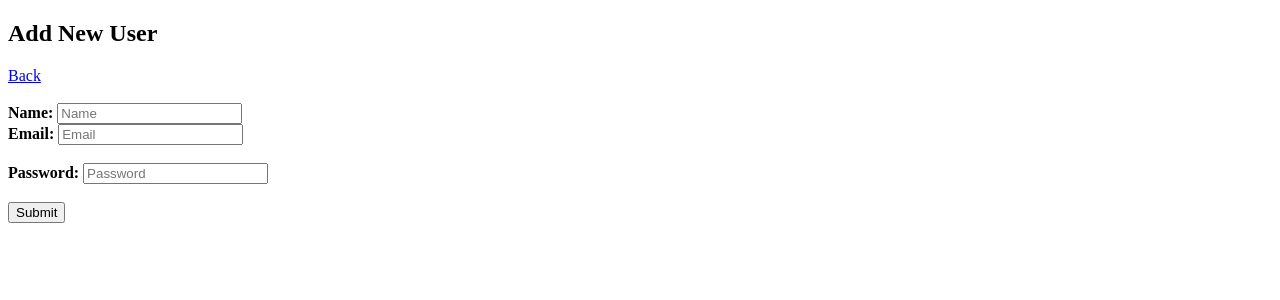
Repository: karabink/Laravel
Page: http://localhost/users/create
The author's editor kept a copy of each file at every save. The page is drawn from the files as they stood at one save, then again after the next save.
The browser window is 1280 px wide. The pictures show the whole page.
The page is served by the project's Laravel application, run on PHP 8.4 with Laravel 8.

Above is the page before, as saved 2022-10-17 23:53:02.

After the next save:
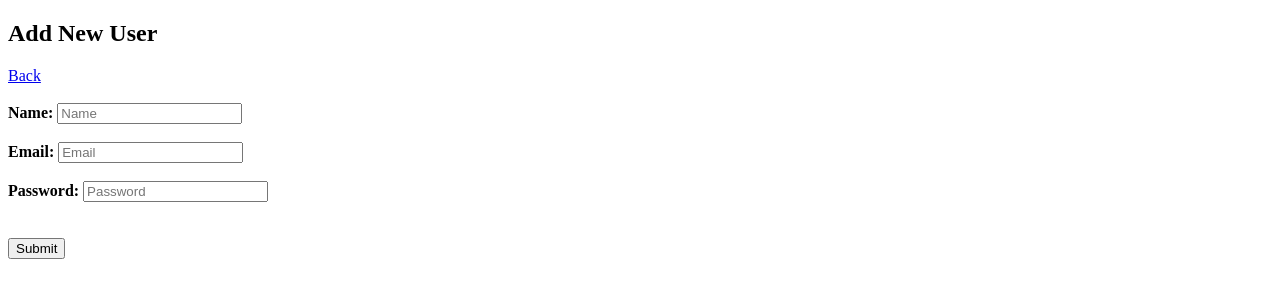
Saved 22 h 43 min later.
--- a/resources/views/users/create.blade.php
+++ b/resources/views/users/create.blade.php
@@ -12,14 +12,31 @@
         <input type="text" name="name" placeholder="Name" />
         <br />
 
+        @error('name')
+            <span style="color: red">{{ $message }}</span>
+        @enderror
+        <br />
+
         <strong>Email:</strong>
         <input type="text" name="email" placeholder="Email" />
-        <br /><br />
+        <br />
+
+        @error('email')
+        <span style="color: red">{{ $message }}</span>
+        @enderror
+        <br />
 
         <strong>Password:</strong>
-        <input type="text" name="password" minlength="8" placeholder="Password" />
+        <input type="text" name="password" placeholder="Password" />
+        <br />
+
+        @error('password')
+        <span style="color: red">{{ $message }}</span>
+        @enderror
         <br /><br />
 
         <button type="submit">Submit</button>
+        <br /><br /><br />
     </form>
+
 @endsection
